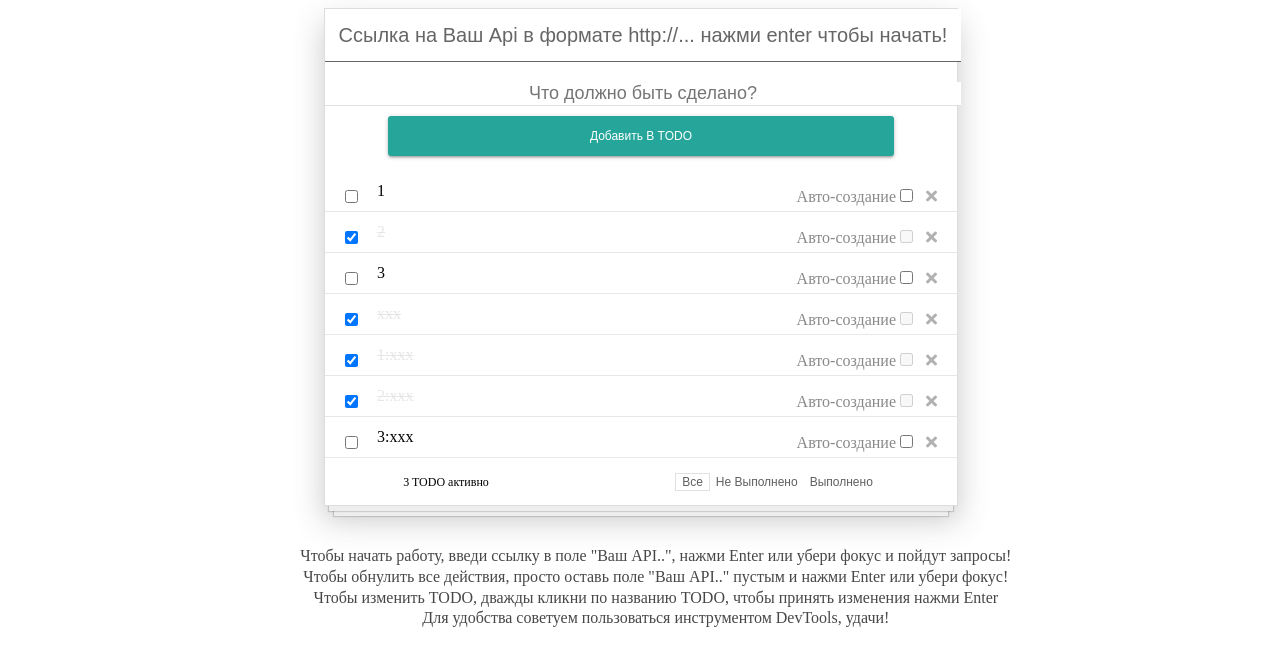
Repository: AntonBrock/taskTodo_for-backend
Page: /
An editor plug-in stored every save of this project. The page is shown before and after the next save, followed by the edit.
The browser window is 1280 px wide. The pictures show the whole page.
Some web libraries are served in a nearby version. The project was rebuilt for these pictures with package versions that can differ from the ones it lists, and the page was loaded fresh each time.

Above is the page before, as saved 2019-04-30 12:56:06.

### public/index.html
<!DOCTYPE html>
<html lang="en">
  <head>
    <meta charset="utf-8">
    <meta http-equiv="X-UA-Compatible" content="IE=edge">
    <meta name="viewport" content="width=device-width,initial-scale=1.0">
    <link rel="stylesheet" href="https://use.fontawesome.com/releases/v5.8.1/css/all.css" integrity="sha384-50oBUHEmvpQ+1lW4y57PTFmhCaXp0ML5d60M1M7uH2+nqUivzIebhndOJK28anvf" crossorigin="anonymous">
    <link rel="icon" href="<%= BASE_URL %>favicon.ico">
    <title>todolist-vue</title>
  </head>
  <body>
    <noscript>
      <strong>We're sorry but todolist-vue doesn't work properly without JavaScript enabled. Please enable it to continue.</strong>
    </noscript>
    <div id="app"></div>
    <!-- built files will be auto injected -->
  </body>
</html>

### src/main.js
import Vue from 'vue'
import store from './store/index'
import Vuex from 'vuex'
import App from './App.vue'

Vue.config.productionTip = false

Vue.use(Vuex)

new Vue({
  store,
  render: h => h(App),
}).$mount('#app')

### src/store/index.js
import Vue from 'vue'
import Vuex from 'vuex'
import urlForm from '../views/todolist/_store'

Vue.use(Vuex)

export default new Vuex.Store({
    modules: {
        urlForm
    }
})

### src/App.vue
<template lang="pug">
  #app
    Todolist
    .helpContainer
      p.helpText Чтобы начать работу, введи ссылку в поле "Ваш API..", нажми Enter или убери фокус и пойдут запросы! <br> Чтобы обнулить все действия, просто оставь поле "Ваш API.." пустым и нажми Enter или убери фокус! <br>Чтобы изменить TODO, дважды кликни по названию TODO, чтобы принять изменения нажми Enter <br> Для удобства советуем пользоваться инструментом DevTools, удачи!
</template>

<script>
import Todolist from './views/todolist/Index.vue'

export default {
  name: 'app',
  components: {
    Todolist
  }
}
</script>

<style lang="stylus">
  .helpContainer
    margin-top 40px
    text-align center
    margin-left 22%
  .helpText
    width 75%
    color: #474747
    font-size 16px
    line-height 1.3
</style>

### src/views/todolist/_store/index.js
import state from "./state";
import * as getters from "./getters";
import * as mutations from "./mutations";
import * as actions from "./actions";

export default {
  namespaced: true,
  state,
  getters,
  mutations,
  actions
};

### src/views/todolist/Index.vue
<template lang="pug">
  .main-container(v-cloak)
    ApiForm
    div
      input.todo-input(type='text', placeholder='Что должно быть сделано?', v-model='firstTodo' @keyup.enter='newTodo')
      button.btn(v-on:click='addNewTodo') Добавить В TODO

      Todo(v-for='(todo, index) in todosFiltered', :key='todo.id', :todo="todo" :index='index')
      .extra-container
        .extra-container_numInList {{ remaining }} TODO активно
        div
          button(v-bind:class="{ active: filter == 'all' }", v-on:click=" filter = 'all'") Все
          button(v-bind:class="{ active: filter == 'active' }", v-on:click=" filter = 'active'") Не Выполнено
          button(v-bind:class="{ active: filter == 'completed' }", v-on:click=" filter = 'completed'") Выполнено
          //- button(@click='filterTodoList') Очистить завершенные
</template>

<script>
import ApiForm from "./_components/ApiForm.vue"
import Todo from "./_components/Todo.vue"
import { mapActions, mapGetters } from "vuex"
import todoApi from "./_api/todoApi.js"

export default {
  data () {
    return {
      id: 8,
      firstTodo: '',
      filter: 'all',
      error: false,
      a: ''
    }
  },
  created() {
    this.a = JSON.parse(localStorage.getItem('todos'))
    if('todos' in localStorage) {
      this.updateTodoList(this.a)
    }
  },
  mounted(){
    this.id = this.getTodos.length+1
    // Отправка при включении TODO + сразу отправка всех активных TODO
  if (this.getUrl.length > 3) {
    todoApi.getTodos('all')
      .then(response => {
        this.todos = response.data
        console.log(response);
      })
    . catch(error => {
        console.log(error);
        console.warn('Ошибка запроса при отправке всех TODO, скорее всего сервер не ответил!')
      })
    }
  },
  computed: {
    ...mapGetters({
      getTodos: 'urlForm/getTodos',
      getUrl: 'urlForm/getUrl'
    }),
    remaining() {
      return this.getTodos.filter(todo => !todo.completed).length
    },
    updateId() {
      this.id = this.getTodos.length += 1
    },
    todosFiltered() {
      if (this.filter == 'all') {
        // Отправка при выборе фильтра "Все" (Активные)
      if (this.getUrl.length > 3 ) {
          todoApi.getTodos('all')
          .then(done => {
            console.log(done)
            console.log(this.getTodos);
          })
          .catch( error => {
            console.log(error)
            console.warn('Ошибка запроса, при выборе "Все", скорее всего сервер не ответил!')
            console.log(this.getTodos);
          })
      }
        // console.log(this.getTodos);
        return this.getTodos

      } else if (this.filter == 'active') {
        return this.getTodos.filter(todo => !todo.completed)
      } else if (this.filter == 'completed') {

      if (this.getUrl.length > 3) {
          todoApi.getTodos('completed')
          .then(done => {
            console.log(done)
          })
          .catch( error => {
            console.log(error)
            console.warn('Ошибка запроса, при выборе "Выполненые", скорее всего сервер не ответил!')
          })
      }
        console.log(this.getTodos);
          return this.getTodos.filter(todo => todo.completed)
      }
    }
  },
  methods: {
    ...mapActions({
      // filterTodoList: 'urlForm/filterTodoList',
      updateTodoList: "urlForm/updateTodoList",
      pushTodoList: "urlForm/pushTodoList"
    }),
    addNewTodo() {
      let data = {
        id: this.id++,
        title: this.firstTodo,
        completed: false,
        autocreate: false,
      }
      if(this.firstTodo.trim().length == 0) {
        return
      }
      // отправка при добавлении нового TODO
      if (this.getUrl.length > 3) {
        todoApi.postTodo(data.title, data.completed, data.autocreate)
        .then(() => {
          console.log('ok');
          this.pushTodoList(data)
          localStorage.setItem('todos', JSON.stringify(this.getTodos))
        })
        .catch(error => {
          console.warn('Ошибка запроса при добавлении нового TODO, скорее всего сервер не ответил!')
          localStorage.setItem('todos', JSON.stringify(this.getTodos)) //нужно ли добавлять в lS что-то если работает с APi?
        })
      } else {
        this.pushTodoList(data)
      }
      // this.pushTodoList(data) //добавление в TODO лист
      localStorage.setItem('todos', JSON.stringify(this.getTodos))
      this.firstTodo = ''
    },
    // добавление по enter
    newTodo() {
      let data = {
        id: this.id++,
        title: this.firstTodo,
        completed: false,
        autocreate: false,
      }
      if(this.firstTodo.trim().length == 0) {
        return
      }
      // отправка при добавлении нового TODO
      if (this.getUrl.length > 3) {
        todoApi.postTodo(data)
        .then(() => {
          console.log('ok');
          this.getTodos.push(data)
          localStorage.setItem('todos', JSON.stringify(this.getTodos))
        })
        .catch(error => {
          console.warn('Ошибка запроса при добавлении нового TODO, скорее всего сервер не ответил!')
          localStorage.setItem('todos', JSON.stringify(this.getTodos))
        })
      } else {
        this.pushTodoList(data)
      }

      localStorage.setItem('todos', JSON.stringify(this.getTodos))
      this.firstTodo = ''
      this.idForTodo++
    },
  },
  components: {
    ApiForm,
    Todo
  }
}

</script>

<style lang="stylus">
  [v-cloak]
    display none

  .main-container
    border 1px solid #DDDDDD
    width 50%
    margin-left 25%
    box-shadow 0 10px 0 -5px #eee,
               0 10px 1px -4px rgba(0,0,0,0.15),
               0 20px 0 -10px rgb(238, 238, 238),
               0 20px 1px -9px rgba(0,0,0,0.15),
               0 14px 28px rgba(75, 75, 75, 0.30)

  .extra-container
    display flex
    align-items center
    justify-content space-around
    font-size 12px
    padding-top 5px
    margin-bottom 14px

  .extra-container_numInList
    margin-right 30px
    font-size 12px

  button
    font-size 12px
    background-color white
    appearance none
    border none
    outline none
    color rgb(95, 95, 95)
    &:hover
      background rgba(211, 211, 211, 0.363)
    &:focus
      outline none

  .active
    background #fff
    border 1px solid #E1E1E1

  .remove-item
    margin-right 20px

  .remove
    margin-left: 10px
    opacity .3
    transition all 0.2s ease-in-out !important
    &:hover
      opacity .9
      color#E11010
      transition all 0.2s ease-in-out !important

  .auto_created
    font-size 1rem
    color rgba(102, 102, 102, 0.767)

  .btn
    border-radius 3px
    margin-bottom 25px
    width 80%
    margin-left 10%
    height 40px
    color #fff
    background-color #26a69a
    text-align center
    letter-spacing .5px
      -webkit-transition background-color .2s ease-out
    transition background-color .2s ease-out
    cursor pointer
    box-shadow 0 2px 2px 0 rgba(0,0,0,.14),
               0 3px 1px -2px rgba(0,0,0,.12),
               0 1px 5px 0 rgba(0,0,0,.2)
    &:hover
      background-color #46b6abe3!important
</style>

### src/views/todolist/_store/state.js
export default {
    url: '',
    todos: [
      {
        'id': 1,
        'title': 1,
        'completed': false,
        'autocreate': false,
      },
      {
        'id': 2,
        'title': 2,
        'completed': true,
        'autocreate': false,
      },
      {
        'id': 3,
        'title': 3,
        'completed': false,
        'autocreate': false,
      },
      {
        'id': 4,
        'title': 'xxx',
        'completed': true,
        'autocreate': false,
      },
      {
        'id': 5,
        'title': '1:xxx',
        'completed': true,
        'autocreate': false,
      },
      {
        'id': 6,
        'title': '2:xxx',
        'completed': true,
        'autocreate': false,
      },
      {
        'id': 7,
        'title': '3:xxx',
        'completed': false,
        'autocreate': false,
      },
    ],
    todosStatic: [
    {
      'id': 1,
      'title': 1,
      'completed': false,
      'autocreate': false
    },
    {
      'id': 2,
      'title': 2,
      'completed': true,
      'autocreate': false
    },
    {
      'id': 3,
      'title': 3,
      'completed': false,
      'autocreate': false
    },
    {
      'id': 4,
      'title': 'xxx',
      'completed': true,
      'autocreate': false
    },
    {
      'id': 5,
      'title': '1:xxx',
      'completed': true,
      'autocreate': false
    },
    {
      'id': 6,
      'title': '2:xxx',
      'completed': true,
      'autocreate': false
    },
    {
      'id': 7,
      'title': '3:xxx',
      'completed': false,
      'autocreate': false
    },
  ]
}

### src/views/todolist/_store/getters.js
export const getUrl= state => state.url;
export const getTodos = state => state.todos;
export const getStaticTodos = state => state.todosStatic;

### src/views/todolist/_store/mutations.js
export const UPDATE_URL = state => state.url;
export const UPDATE_TODOS = state => state.todos;
export const CHANGE_TODOS = state => state.todos;

### src/views/todolist/_store/actions.js
export function updateUrl ({ commit, state }, payload) {
    state.url = payload
    commit("UPDATE_URL");
}

export function updateTodo ({ commit }, payload) {
    payload.completed = !payload.completed
    commit("UPDATE_TODOS");
}

export function updateTodoList ({ commit, state }, payload) {
    state.todos = payload
    localStorage.setItem('todos', JSON.stringify(state.todos))
    commit("UPDATE_TODOS");
}

export function pushTodoList ({ commit, state }, payload) {
    state.todos.push(payload)
    localStorage.setItem('todos', JSON.stringify(state.todos))
    commit("UPDATE_TODOS");
}

export function filterTodoList ({ commit, state }) {
    state.todos = state.todos.filter(todo => !todo.completed)
    localStorage.setItem('todos', JSON.stringify(state.todos))
    commit("UPDATE_TODOS");
}

### src/views/todolist/_components/ApiForm.vue
<template lang="pug">
  .form(v-cloak='')
    input.inputForUrl(v-model='url',
                      type='text',
                      @blur='updateTodos(url)',
                      @keyup.enter='updateTodos_enter(url)'
                      placeholder="Ссылка на Ваш Api в формате http://... нажми enter чтобы начать!"
                      :url = "url")
</template>

<script>
import { mapActions, mapGetters } from "vuex";
import todoApi from "../_api/todoApi.js";
import { setTimeout, setInterval, clearInterval } from 'timers';

export default {
  data() {
    return {
      url: "",
      filter: 'all',
      a: '',
      setTime:''
    }
  },
  created(){
  this.a = JSON.parse(localStorage.getItem('todos'))

  },
  computed: {
    ...mapGetters({
      getUrl: "urlForm/getUrl",
      getTodos: 'urlForm/getTodos',
      getStaticTodos: 'urlForm/getStaticTodos'
    })
  },
  methods: {
    ...mapActions({
      updateUrl: "urlForm/updateUrl",
      updateTodoList: "urlForm/updateTodoList"
    }),
    updateTodos(url) {
    //получение всех todo при обновлении url ссылки
    this.updateUrl(url)
    if(this.url.length > 3 ){
        this.updateTodoList([])
        this.updateTodos_enter(url)
        // todoApi.getTodos(this.filter)
        // .then(response => {
        //   this.updateTodoList(response.data)
        //   console.log(response);
        // })
        // .catch(error => {
        //   console.log(error)
        //   console.warn('Ошибка запроса при отправки всех TODO, скорее всего сервер не ответил')
        // });
    // console.warn('Был установлен ваш Url')
    }

    if(this.url.length <= 3 ) {
        this.updateTodoList(this.getStaticTodos)
        this.id = 8
        clearInterval(this.setTime)
        console.warn('Сcылка должна быть от 4х символов и нажмите enter, чтобы начать!')
    }
  },
    updateTodos_enter(url) {
    //получение всех todo при обновлении url ссылки(по enter)
    this.updateUrl(url)
    if(this.url.length > 3 ){

      this.updateTodoList([])
      this.setTime = setInterval(() => {
        todoApi.getTodos(this.filter)
        .then(response => {
          this.updateTodoList(response.data)
          console.log(response);
        })
        .catch(error => {
          console.log(error)
          console.warn('Ошибка запроса при отправки всех TODO, скорее всего сервер не ответил')
        })
      }, 5000)
    console.warn('Был установлен ваш Url')
    }

    if(this.url.length <= 3 ) {
        this.updateTodoList(this.getStaticTodos)
        this.id = 8
        clearInterval(this.setTime)
        console.warn('Сcылка должна быть от 4х символов и нажмите enter, чтобы начать!')
    }
  }
  }
};
</script>

<style lang="stylus">
.inputForUrl
  border-bottom 1px solid #666!important
  margin-bottom 20px
  text-align center
  border none
  width 100%
  height 50px
  font-size 20px
  &::placeholder
    color #666
    font-size 20px
    opacity 1
    transition: 0.2s ease-in-out !important;
		will-change: transform, opacity;

  &:focus::placeholder{
    opacity 0
    transition: 0.2s ease-in-out !important;
		will-change: transform, opacity;
  }
</style>

### src/views/todolist/_components/Todo.vue
<template lang="pug">
  .todo-item
    .todo-item-left
      input.todoInput(type='checkbox',  @click='completeTodo(todo)', :checked='todo.completed')
      div.todo-item-label(v-bind:class='{ completed : todo.completed }') {{ todo.title }}
    .remove-item
      label.auto_created Авто-создание
      input(type='checkbox', :disabled="todo.completed", :checked="todo.autocreate" @click='checkIt(todo)')
      i.fas.fa-times.remove(@click='removeItem(index)')
</template>

<script>
import todoApi from "../_api/todoApi.js";
import { mapActions, mapGetters } from "vuex";
import { setInterval, clearInterval } from "timers";

export default {
  data() {
    return {};
  },
  props: ["todo", "index", "url"],
  created() {
    localStorage.setItem("todos", JSON.stringify(this.getTodos));
  },
  computed: {
    ...mapGetters({
      getTodos: "urlForm/getTodos",
      getUrl: "urlForm/getUrl"
    })
  },
  methods: {
    ...mapActions({
      updateTodo: "urlForm/updateTodo"
    }),
    completeTodo(todo) {
      // Отправка при выборе фильтра "Выполнено"
      if (this.getUrl.length > 3) {
        todoApi
          .editTodo(todo.id)
          .then(() => {
            console.info("Удачно");
          })
          .catch(() => {
            console.warn("Ошибка запроса при зачеркивание TODO, скорее всего сервер не ответил!");
          });
      }
      this.updateTodo(todo);
      localStorage.setItem("todos", JSON.stringify(this.getTodos));
    },
    checkIt(todo) {
      todo.autocreate = !todo.autocreate;

      if (this.getUrl.length > 3) {
        todoApi
          .editTodo(this.todo.id)
          .then(() => {
            console.info("Удачно");
          })
          .catch(() => {
            console.log(this.getTodos);
            console.warn("Ошибка запроса при выборе 'Авто-создание', скорее всего сервер не ответил");
          });
      }
      localStorage.setItem("todos", JSON.stringify(this.getTodos));
    },
    removeItem(index) {
      // отправка удаленного id - todo
      if (this.getUrl.length > 3) {
        todoApi
          .deleteTodo(index)
          .then(() => {
            console.info("Удачно");
          })
          .catch(error => {
            console.warn(error);
            console.warn('Ошибка запроса при удалении TODO, скорее всего сервер не ответил!')
          });
      }
      this.getTodos.splice(index, 1);
      localStorage.setItem("todos", JSON.stringify(this.getTodos));
    },
  }
};
</script>

<style lang="stylus">
.todo-input {
  width: 100%;
  border: none;
  margin-bottom: 10px;
  border-bottom: 1px solid rgba(102, 102, 102, 0.192);
  font-size: 18px;
  transition: 0.2s ease-in-out !important;
  text-align: center;
  outline: none;

  &:placeholder {
    color: rgba(145, 145, 145, 0.795);
    opacity: 1;
    transition: 0.2s ease-in-out !important;
  }

  will-change: transform, opacity;

  &:focus::placeholder {
    opacity: 0;
    transition: 0.2s ease-in-out !important;
  }

  will-change: transform, opacity;

  &:focus-webkit-input-placeholder {
    opacity: 0;
    transition: 0.2s ease-in-out !important;
    will-change: transform, opacity;
  }

  &:-webkit-input-placeholder {
    transition: 0.2s ease-in-out !important;
    will-change: transform, opacity;
  }

  &:-moz-placeholder {
    transition: all 0.2s ease-in-out !important;
    will-change: opacity;
    /* Firefox 19+ */
  }

  &:-moz-placeholder {
    transition: all 0.2s ease-in-out !important;
    will-change: transform, opacity;
    /* Firefox 18- */
  }

  &:-ms-input-placeholder {
    transition: all 0.2s ease-in-out !important;
    will-change: transform, opacity;
  }
}

.todo-item {
  width: 100%;
  margin-bottom: 10px;
  display: flex;
  justify-content: space-between;
  align-items: center;
  border-bottom: 1px solid rgba(226, 226, 226, 0.767);
}

.todoInput {
  margin-left: 20px;
}

.todo-item-label {
  margin-bottom: 10px;
}

.todo-item-left {
  display: flex;
  align-items: center;
}

.todo-item-label {
  padding: 0px;
  border: 1px solid white;
  margin-left: 15px;
}

.todo-item-edit {
  width: 50%;
  border: 1px solid rgba(102, 102, 102, 0.192);
  font-size: 18px;
  padding: 10px 18px;
  margin-bottom: 20px;
  transition: 0.2s ease-in-out !important;

  &:focus {
    outline: none;
  }

  &:focus-webkit-input-placeholder {
    opacity: 0;
    transition: 0.2s ease-in-out !important;
    will-change: transform, opacity;
  }

  &:-webkit-input-placeholder {
    transition: 0.2s ease-in-out !important;
    will-change: transform, opacity;
  }

  &:-moz-placeholder {
    transition: all 0.2s ease-in-out !important;
    will-change: transform, opacity;
    /* Firefox 19+ */
  }

  &:-moz-placeholder {
    transition: all 0.2s ease-in-out !important;
    will-change: transform, opacity;
    /* Firefox 18- */
  }

  &:-ms-input-placeholder {
    transition: all 0.2s ease-in-out !important;
    will-change: transform, opacity;
  }
}

.completed {
  text-decoration: line-through;
  color: #E1E1E1;
  opacity: 0.8;
}
</style>

### src/views/todolist/_api/todoApi.js
// import Api from '@/api/Api'
import axios from 'axios'
import state from '../_store/state'

const todoApi = {
  getTodos (filter) {
    return axios.get(`${state.url}/todos`, {
      // возвращает отфильтрованный или неотфильтрованный список
      type: filter
    })
  },
  postTodo (title, completed, autocreate) {
    return axios.post(`${state.url}/todos`, {
      title: title,
      completed: completed,
      autocreate: autocreate,
    })
  },
  editTodo (id) {
    return axios.patch(`${state.url}/todos/${id}`)
  },
  deleteTodo (id) {
    return axios.delete(`${state.url}/todos/${id}`)
  }
}
export default todoApi

After the next save:
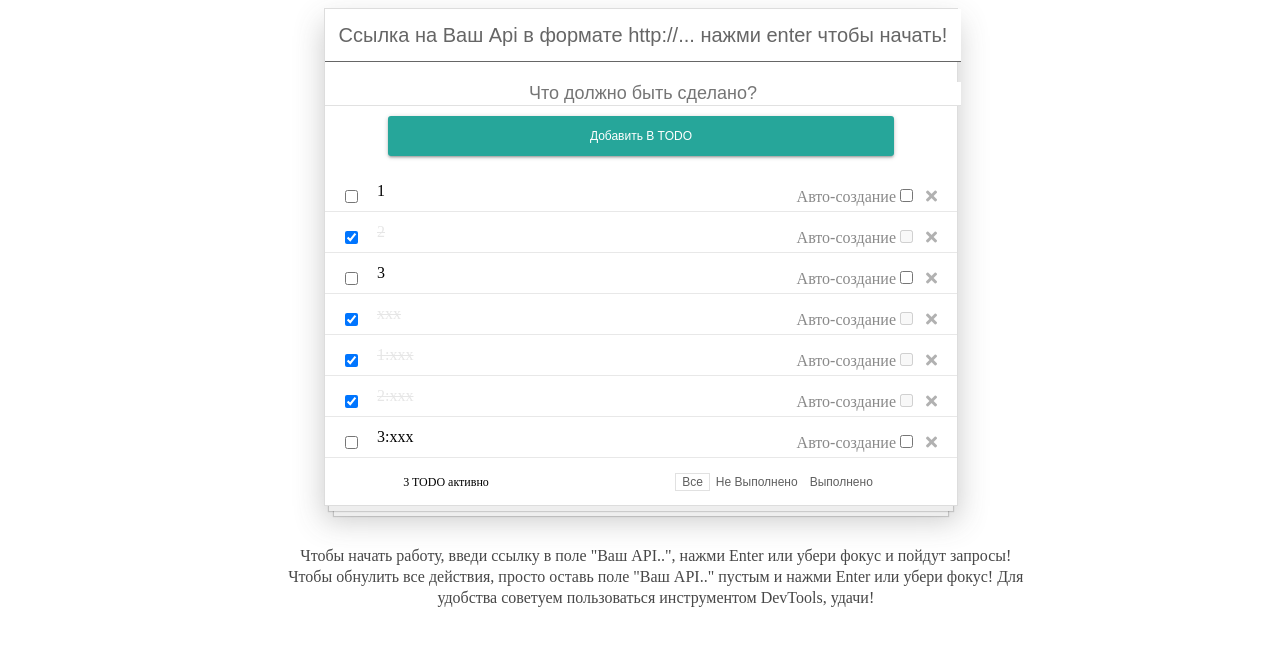
Saved 3 min 6 s later.
--- a/src/App.vue
+++ b/src/App.vue
@@ -2,7 +2,7 @@
   #app
     Todolist
     .helpContainer
-      p.helpText Чтобы начать работу, введи ссылку в поле "Ваш API..", нажми Enter или убери фокус и пойдут запросы! <br> Чтобы обнулить все действия, просто оставь поле "Ваш API.." пустым и нажми Enter или убери фокус! <br>Чтобы изменить TODO, дважды кликни по названию TODO, чтобы принять изменения нажми Enter <br> Для удобства советуем пользоваться инструментом DevTools, удачи!
+      p.helpText Чтобы начать работу, введи ссылку в поле "Ваш API..", нажми Enter или убери фокус и пойдут запросы! <br> Чтобы обнулить все действия, просто оставь поле "Ваш API.." пустым и нажми Enter или убери фокус! Для удобства советуем пользоваться инструментом DevTools, удачи!
 </template>
 
 <script>
